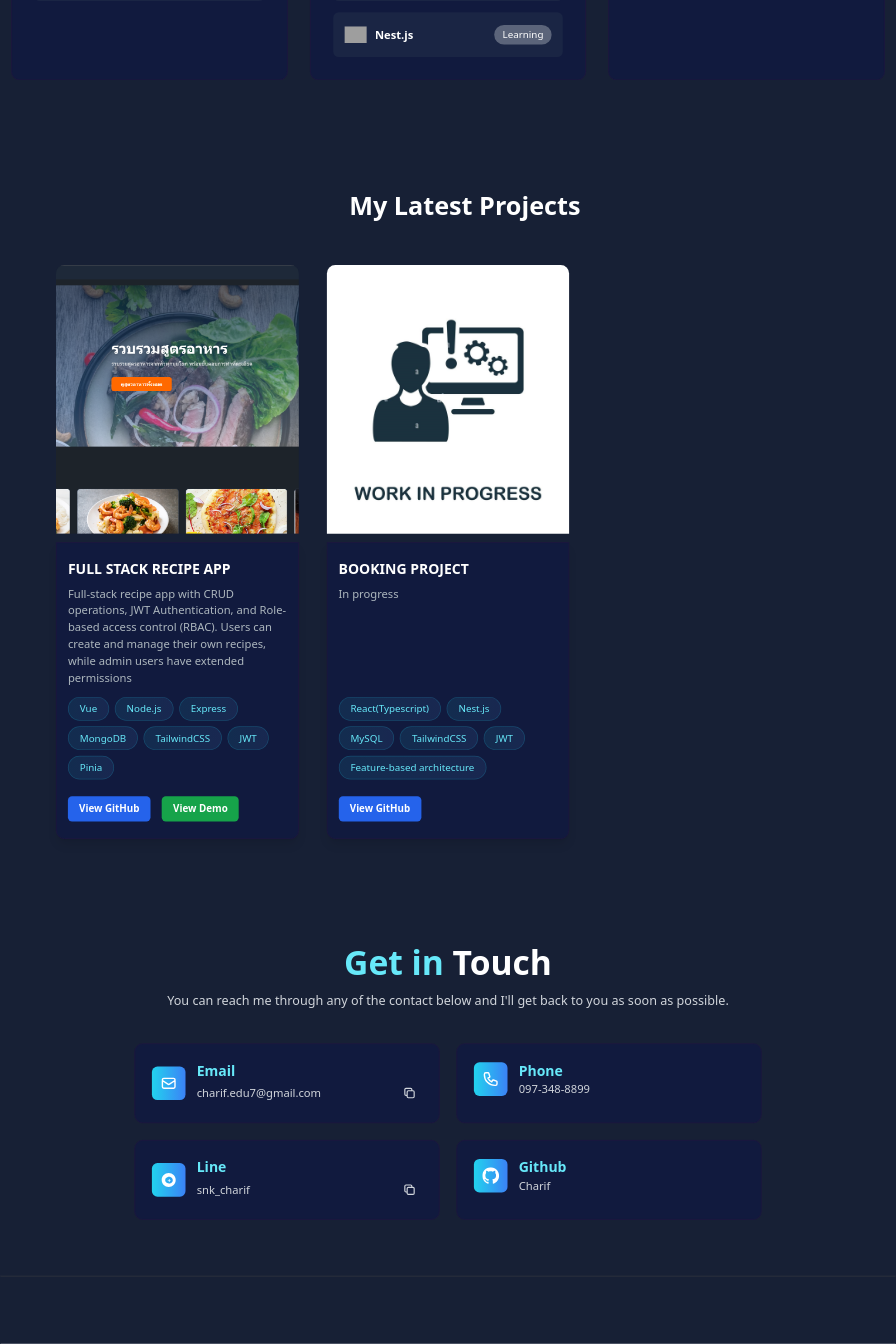
Repository: Charifx7/MyPortfolio
Page: /
These files come from the project's save history. The page is drawn as it stood at one moment and after a run of saves; the edit follows.
The browser window is 1280 px wide. The pictures show the part of the page from y = 1592 to 3512 px (the page is 3512 px tall), at 70% of full size.
Pictures or frames that could not be fetched are drawn as grey boxes. The project was rebuilt for these pictures with package versions that can differ from the ones it lists, and the page was loaded fresh each time. Also part of the build but not shown: vite.config.js.

Above is the page before, as saved 2026-02-14 10:52:44.

After the next 3 saves:
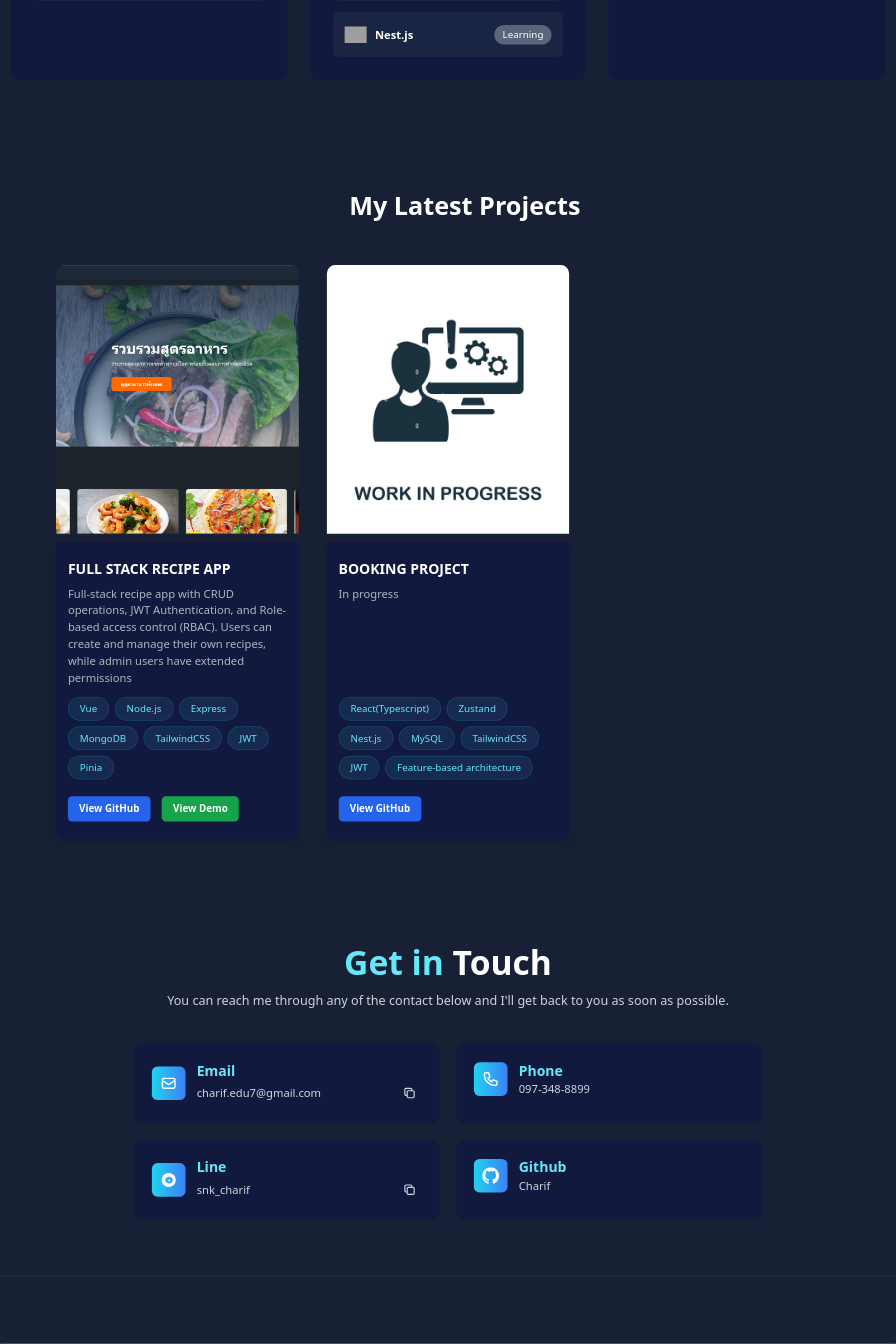
The 3 saves are shown as one change because they came seconds apart.
The last was saved 9 s later.
--- a/src/components/LatestProjSection.vue
+++ b/src/components/LatestProjSection.vue
@@ -65,7 +65,7 @@ const Projects = ref([
         image: '/assets/project0.jpg',
         title: 'Booking Project',
         description: 'In progress',
-        technologies: ['React(Typescript)', 'Nest.js','MySQL','TailwindCSS','JWT','Feature-based architecture'],
+        technologies: ['React(Typescript)', 'Zustand', 'Nest.js','MySQL','TailwindCSS','JWT','Feature-based architecture'],
         gitURL: 'https://github.com/Charifx7',
         webURL: ''
     },
